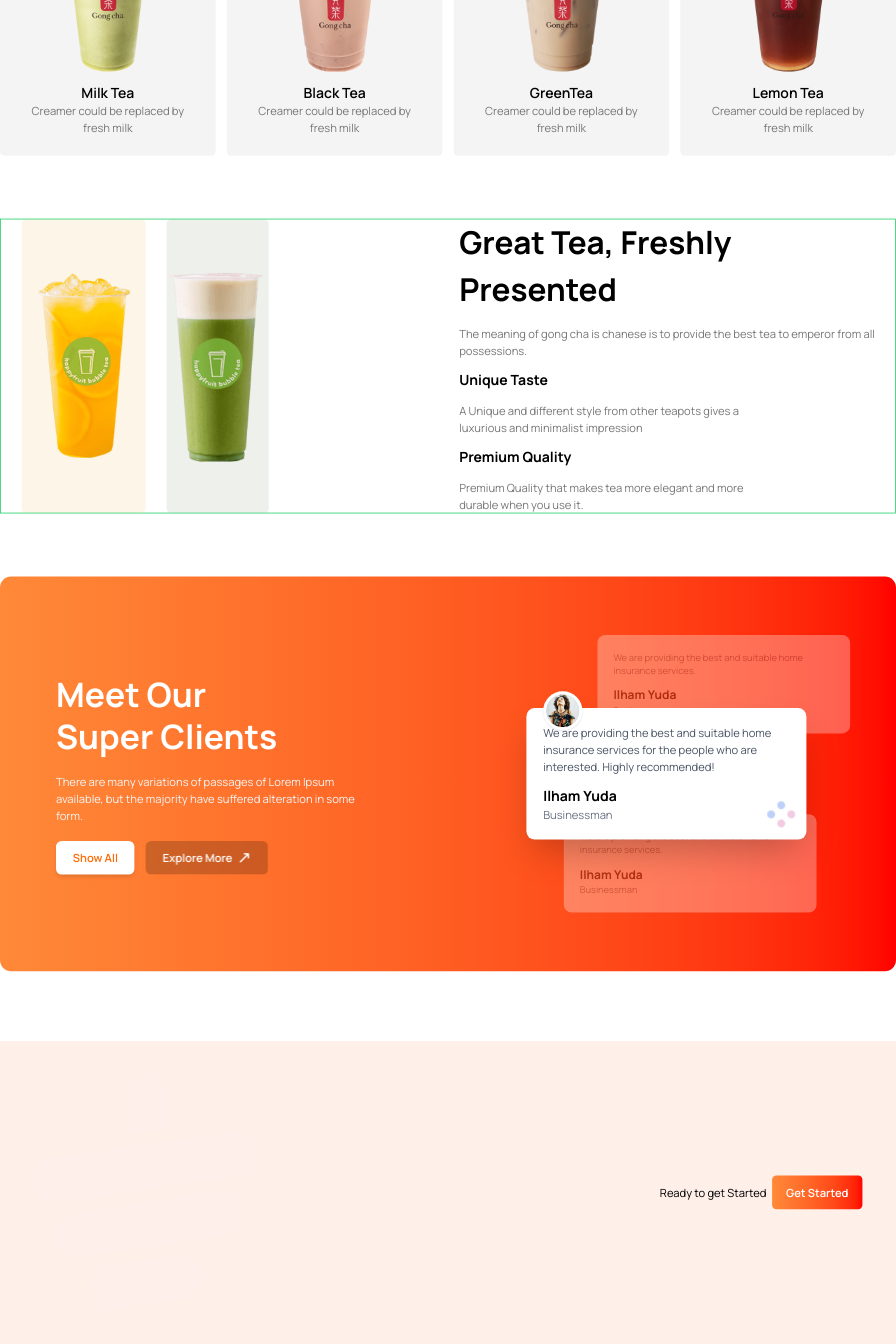
Repository: tanimtanzilislam/Tea-house
Page: index.html
These files come from the project's save history. The page is drawn as it stood at one moment and after a run of saves; the edit follows.
The browser window is 1280 px wide. The pictures show the part of the page from y = 1069 to 2989 px (the page is 2989 px tall), at 70% of full size.
Some web libraries are served in a nearby version.

Above is the page before, as saved 2026-04-10 17:50:59.

### index.html
<!DOCTYPE html>
<html lang="en">
<head>
    <meta charset="UTF-8">
    <meta name="viewport" content="width=device-width, initial-scale=1.0">
    <title>Tea House</title>
    <!-- Tailwind css -->
     <script src="https://cdn.jsdelivr.net/npm/@tailwindcss/browser@4"></script>

     <!-- Google fonts -->
      <link rel="preconnect" href="https://fonts.googleapis.com">
<link rel="preconnect" href="https://fonts.gstatic.com" crossorigin>
<link href="https://fonts.googleapis.com/css2?family=Manrope:wght@200..800&family=Work+Sans:ital,wght@0,100..900;1,100..900&display=swap" rel="stylesheet">

<style>
    *{
        font-family: "Manrope", sans-serif;
    }
</style>

<!-- font awesome cdn -->
<link rel="stylesheet" href="https://cdnjs.cloudflare.com/ajax/libs/font-awesome/7.0.1/css/all.min.css" integrity="sha512-2SwdPD6INVrV/lHTZbO2nodKhrnDdJK9/kg2XD1r9uGqPo1cUbujc+IYdlYdEErWNu69gVcYgdxlmVmzTWnetw==" crossorigin="anonymous" referrerpolicy="no-referrer" />

</head>

<body>

<section class="grid grid-cols-1 md:grid-cols-2 container border mx-auto">
    <div class="banner-left space-y-30">
        <h2 class="text-[80px] font-bold">It's good <br>tea time at The <br> Tea House</h2>
        <p class="text-[#777777]">Tea and Botanical Solutions Supplier Give Optimum <br>Satisfaction To Your Taste Buds.</p>
        <button class="py-3 px-5 rounded-md text-white font-semibold bg-linear-to-r from-[#FF8938] to-[#FF0000]">
            Explore More
            <span class="-rotate-45 inline-block">
                <i class="fa-solid fa-arrow-right-long"></i>
            </span>
        </button>
    </div>

    <div class="banner-right flex justify-end items-end relative">
        <img src="./images/banner.png" alt="">

        <!-- Rating div -->
        <div class="bg-white rounded-xl shadow-2xl flex justify-between items-center gap-2 w-[250px] absolute bottom-[15px] left-[200px] py-[25px] px-[15px]">
            <img src="./images/Group 5.png" alt="">
            <h2 class="font-bold text-2xl">5.00</h2>
            <p>Trust Rating</p>
        </div>
    </div>
</section>

<!-- Featured section -->
<section class="container mx-auto my-[90px]">

    <div class="text-center max-w-[65%] mx-auto mb-[50px]">
        <h2 class="font-bold text-[45px]">Our Featured Products</h2>
        <p class="text-[#777777]">
            There are many variations of passages of Lorem Ipsum available, but the majority have suffered alteration.
        </p>
    </div>

    <div class="featured-card-parent grid grid-cols-1 sm:grid-cols-2 md:grid-cols-4 gap-4">

        <div class="featured-card bg-linear-to-b from-[#f4f4f4] to-[#f4f4f4] p-7 text-center rounded-md">
            <img src="./images/tea-1.png" alt="" class="mx-auto mb-4">
            <h2 class="font-semibold text-xl">Milk Tea</h2>
            <p class="text-[#777777]">Creamer could be replaced by fresh milk</p>
        </div>

        <div class="featured-card bg-linear-to-b from-[#f4f4f4] to-[#f4f4f4] p-7 text-center rounded-md">
            <img src="./images/tea-2.png" alt="" class="mx-auto mb-4">
            <h2 class="font-semibold text-xl">Black Tea</h2>
            <p class="text-[#777777]">Creamer could be replaced by fresh milk</p>
        </div>

        <div class="featured-card bg-linear-to-b from-[#f4f4f4] to-[#f4f4f4] p-7 text-center rounded-md">
            <img src="./images/tea-3.png" alt="" class="mx-auto mb-4">
            <h2 class="font-semibold text-xl">GreenTea</h2>
            <p class="text-[#777777]">Creamer could be replaced by fresh milk</p>
        </div>

        <div class="featured-card bg-linear-to-b from-[#f4f4f4] to-[#f4f4f4] p-7 text-center rounded-md">
            <img src="./images/tea-4.png" alt="" class="mx-auto mb-4">
            <h2 class="font-semibold text-xl">Lemon Tea</h2>
            <p class="text-[#777777]">Creamer could be replaced by fresh milk</p>
        </div>

    </div>
</section>

<!-- Great Tea sections -->
<section class="container mx-auto grid md:grid-cols-2 gap-8 mb-[90px] border border-green-500">

    <div class="great-tea-left flex gap-[30px] grid-cols-2 grid-rows-3">
        <div class="row-span-1 bg-linear-to-r from-[#ff0000] to-[#ff8938] opacity-10 rounded-md"></div>

        <div class="border-red-500 row-span-1 flex justify-center items-center bg-[#e6a6231a] rounded-md">
            <img src="./images/fresh-1.png" alt="">
        </div>

        <div class="border-red-500 row-span-2 flex justify-center items-center bg-[#5776391a] rounded-md">
            <img src="./images/fresh-2.png" alt="">
        </div>

        <div class="border-red-500 rounded-md"></div>
    </div>

    <div class="great-tea-right space-y-4">

        <h2 class="text-[45px] font-bold">Great Tea, Freshly <br>
             Presented</h2>

        <p class="text-[#777777]">
            The meaning of gong cha is chanese is to provide the best tea to emperor from all possessions.
        </p>

        <h2 class="font-bold text-[20px]">Unique Taste</h2>
        <p class="text-[#777777]">
            A Unique and different style from other teapots gives a <br> luxurious and minimalist impression
        </p>

        <h2 class="font-bold text-[20px]">Premium Quality</h2>
        <p class="text-[#777777]">
            Premium Quality that makes tea more elegant and more  <br>
            durable when you use it.
        </p>

    </div>

</section>

<!-- Meet our super client -->

<section class="container mx-auto grid md:grid-cols-2 gap-12 mb-[100px] bg-gradient-to-r from-[#ff8938] to-[#ff0000] p-6 md:p-[80px] text-white rounded-2xl">

    <!-- LEFT SIDE -->
    <div class="flex flex-col justify-center space-y-6">
        <h2 class="text-3xl md:text-[48px] font-bold leading-tight">
            Meet Our <br> Super Clients
        </h2>

        <p class="text-[#f4f4f4] max-w-md">
            There are many variations of passages of Lorem Ipsum available,
            but the majority have suffered alteration in some form.
        </p>

        <div class="flex gap-4 flex-wrap">
            <button class="py-3 px-6 rounded-lg font-semibold bg-white text-orange-500 shadow-md hover:scale-105 transition">
                Show All
            </button>

            <button class="py-3 px-6 rounded-lg font-semibold bg-black/20 backdrop-blur hover:bg-black/30 transition">
                Explore More
                <span class="-rotate-45 inline-block ml-1">
                    <i class="fa-solid fa-arrow-right-long"></i>
                </span>
            </button>
        </div>
    </div>

    <!-- RIGHT SIDE -->
    <div class="relative flex flex-col items-center md:items-end justify-center">

        <!-- BACK CARD (TOP) -->
        <div class="bg-white text-black rounded-xl p-6 w-full max-w-[380px] opacity-30 scale-95 translate-x-6">
            <p class="text-gray-500 text-sm">
                We are providing the best and suitable home insurance services.
            </p>
            <h2 class="font-bold text-lg mt-3">Ilham Yuda</h2>
            <h3 class="text-gray-500 text-sm">Businessman</h3>
        </div>

        <!-- MAIN CARD -->
        <div class="bg-white text-black rounded-xl p-6 w-full max-w-[400px] relative z-20 shadow-2xl -mt-10 md:-translate-x-12 hover:scale-105 transition duration-300">

            <p class="text-gray-600">
                We are providing the best and suitable home insurance services
                for the people who are interested. Highly recommended!
            </p>

            <h2 class="font-bold text-xl mt-4">Ilham Yuda</h2>
            <h3 class="text-gray-500">Businessman</h3>

            <!-- Avatar -->
            <div class="absolute -top-6 left-6 bg-white p-1 rounded-full shadow">
                <img src="./images/client.png" alt="" class="w-12 h-12 rounded-full">
            </div>

            <!-- Decoration -->
            <img src="./images/circles.png" alt="" class="absolute right-4 bottom-4 w-10 opacity-70">
        </div>

        <!-- BACK CARD (BOTTOM) -->
        <div class="bg-white text-black rounded-xl p-6 w-full max-w-[380px] opacity-30 scale-95 -translate-x-6 -mt-10">
            <p class="text-gray-500 text-sm">
                We are providing the best and suitable home insurance services.
            </p>
            <h2 class="font-bold text-lg mt-3">Ilham Yuda</h2>
            <h3 class="text-gray-500 text-sm">Businessman</h3>
        </div>

    </div>

</section>

<section>

 <footer class="bg-[#ffefe9] p-12">
    <div class=" container mx-auto bg-[#ffefe9]">
 <!-- footer top -->
        <div class="flex justify-between">
            <img src="./images/bg_cup.png" alt="">
            <div class="flex gap-2 items-center">
                <p> Ready to get Started</p>
                <button class="py-3 px-5 rounded-md text-white font-semibold bg-linear-to-r from-[#FF8938] to-[#FF0000]">
            Get Started

        </button>

<!-- Footer links -->

            </div>

        </footer>
    </div>

    </div>
</section>
</body>
</html>

After the next 2 saves:
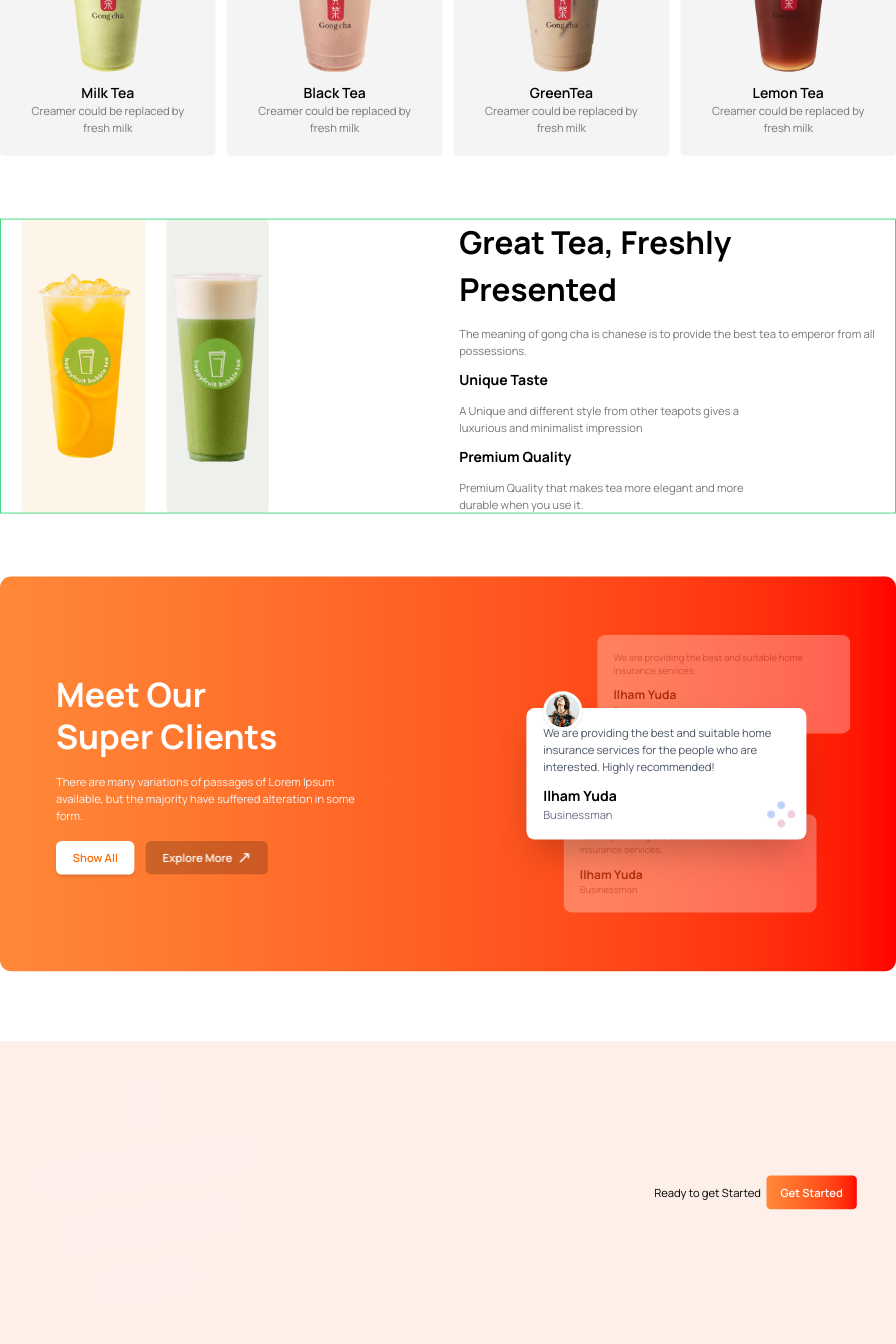
The 2 saves are shown as one change because they came seconds apart.
The last was saved 11 s later.
--- a/index.html
+++ b/index.html
@@ -219,6 +219,10 @@
 
 <!-- Footer links -->
 
+<div>
+    <ul></ul>
+</div>
+
             </div>
 
         </footer>
